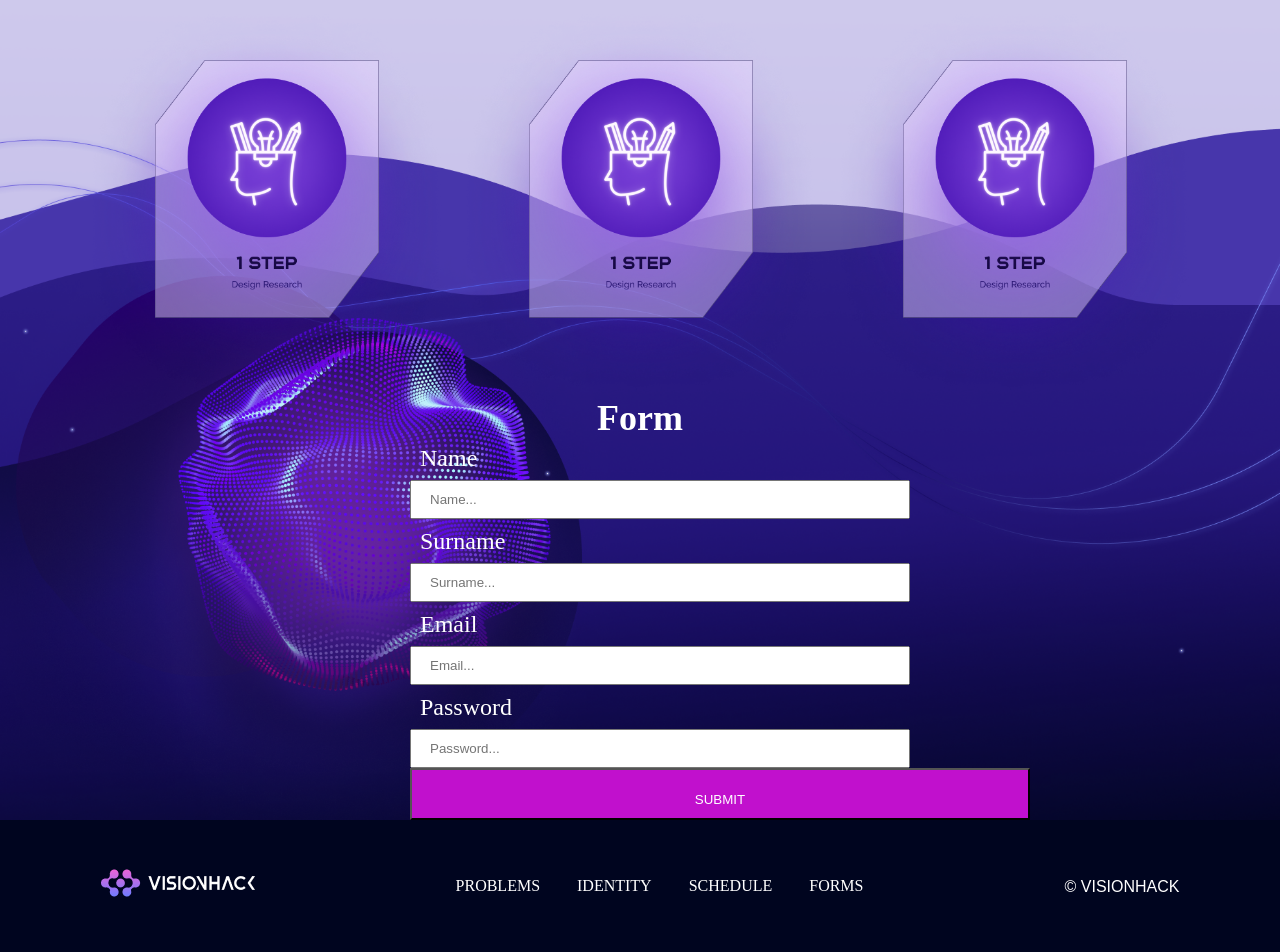
Repository: krmvz/VisionHack
Page: /
An editor plug-in stored every save of this project. The page is shown before and after the next save, followed by the edit.
The browser window is 1280 px wide. The pictures show the part of the page from y = 1615 to 2567 px (the page is 2567 px tall).
The project was rebuilt for these pictures with package versions that can differ from the ones it lists, and the page was loaded fresh each time.

Above is the page before, as saved 2024-05-30 12:13:24.

### src/index.jsx
import React from 'react';
import ReactDOM from 'react-dom/client';
// import './index.css';
import App from './App';
// import reportWebVitals from './reportWebVitals';

const root = ReactDOM.createRoot(document.getElementById('root'));
root.render(
  <React.StrictMode>
    <App />
  </React.StrictMode>
);

### src/App.jsx


import './App.scss';
import Footer from './components/Footer/footer';
import Header from './components/Header/header';
// import circle from './images/mainbgi.png';
// import mainPage from './../.history/src/pages/mainPage/mainPage_20240521145324';
import MainPage from './pages/mainPage/mainPage';

function App() {
  return (
    <div className="App">
      <Header/>
      <MainPage/>
      <Footer/>
    </div>
  );
}

export default App;

### src/App.scss
// Variables
$small-screen: 600px;
$medium-screen: 768px;
$large-screen: 1024px;
$extra-large-screen: 1200px;

// Base Styles
body {
  color: white;
  font-family: Arial, sans-serif;
  line-height: 1.6;
  margin: 0;
  padding: 0;
  box-sizing: border-box;
}

body{
  background-image: url('./images/1.png');
  background-size: cover; // Options: cover, contain, auto
  // background-position: center; // Options: top, bottom, left, right, center
  // background-repeat: no-repeat; // Options: no-repeat, repeat, repeat-x, repeat-y
  // background-attachment: fixed; // Options: scroll, fixed, local
  // background-blend-mode: overlay;
}
/* Basic Container Styling */
.container {
  max-width: 1200px; /* Maximum width for the container */
  margin: 0 auto;    /* Center the container horizontally */
  padding: 0 20px;   /* Add horizontal padding */
  box-sizing: border-box; /* Include padding and border in the element's total width and height */
}

/* Example for Responsive Design */
@media (max-width: 1200px) {
  .container {
    max-width: 100%;
    padding: 0 15px;
  }
}

@media (max-width: 768px) {
  .container {
    padding: 0 10px;
  }
}

@media (max-width: 480px) {
  .container {
    padding: 0 5px;
  }
}

### src/components/Footer/footer.jsx
import React from 'react'
import logo from '../../images/logo.png'
import './footer.scss';



const Footer = () => {
  return (
    <footer className='footer'>
      <div className="logo"><img src={logo} alt="logo Vision Hack" /></div>
      <div className="navbar">
        <a href="">PROBLEMS</a>
        <a href="">IDENTITY</a>
        <a href="">SCHEDULE</a>
        <a href="">FORMS</a>
      </div>
      <div className="copyright">
      © VISIONHACK
      </div>
    </footer>
  )
}

export default Footer;

### src/components/Header/header.jsx
import React from 'react';

import './header.scss';
import logo from '../../images/logo.png'

const Header = () => {
  return (
    <header className='header '>
      <div className="logo"><img src={logo} alt="logo Vision Hack" /></div>
      <div className="navbar">
        <a href="">PROBLEMS</a>
        <a href="">IDENTITY</a>
        <a href="#shedule">SCHEDULE</a>
        <a href="">FORMS</a>
      </div>
      <div className="logs">
        <button>LOG IN</button>
        <button>SIGN IN</button>
      </div>
    </header>
  )
}

export default Header;

### src/pages/mainPage/mainPage.jsx
import React from 'react';
import './mainPage.scss';
import Problems from '../../components/problems/problems';
import Schedule from '../../components/schedule/Schedule';
import Forms from '../../components/Form/Forms';

const MainPage = () => {
  return (
    <div className='mainPage'>
        <div className="content container">
            <div className="main_text">MAKE COMPUTER VISION AND ARTIFICIAL INTELLIGENCE SYSTEMS CLOSER TO STUDENTS</div>
            <div className="logs">
                <button className='login'>LOG IN</button>
                <a className='signin'>SIGN IN</a>
            </div>
        </div>
        <Problems />
        <Schedule/>
        <Forms/>
    </div>
  )
}

export default MainPage;

### src/components/Footer/footer.scss
// @import "~bootstrap/scss/bootstrap";


.footer{
    height: 132px;
    display: flex;
    align-items: center;
    justify-content: space-around;
    background-color: #00051F;
    .navbar{
        display: flex;
        // justify-content: space-around;
        gap: 37px;
        a{
            font-family: Raleway;
            font-size: 16px;
            font-weight: 500;
            line-height: 16px;
            text-align: left;
            text-decoration: none;
            color: white;

        }
    }
    .copyright{
        width: Fixed (134px)px;
        height: Fixed (30px)px;
        gap: 10px;
        opacity: 0px;

    }
}

### src/components/Header/header.scss
// @import "~bootstrap/scss/bootstrap";


.header{
    position: fixed;
    top: 0;
    width: 100%;
    background-color: #fff; /* Background color of your choice */
    box-shadow: 0 2px 4px rgba(0, 0, 0, 0.1); /* Optional shadow for better visibility */
    z-index: 1000;
    background-color: #000417;
    height: 132px;
    display: flex;
    align-items: center;
    justify-content: space-around;
    .navbar{
        display: flex;
        // justify-content: space-around;
        gap: 37px;
        a{
            font-family: Raleway;
            font-size: 16px;
            font-weight: 500;
            line-height: 16px;
            text-align: left;
            text-decoration: none;
            color: white;
            font-family: Raleway;
        }
    }
    .logs{
        width: Fixed (134px)px;
        height: Fixed (30px)px;
        gap: 10px;
        opacity: 0px;

    }
}

### src/pages/mainPage/mainPage.scss
.mainPage{
    padding-top: 150px;
    .content{
        display: flex;
        flex-direction: column;
        .main_text{
            font-family: 'Kursk205W00-Medium';
            font-size: 54px;
            font-weight: 500;
            line-height: 54px;
            text-align: left;
            color: white;
            word-wrap: break-word;
            width: 65%;
            padding-bottom: 40px;
            padding-top: 70px;
            font-weight: bold;
        }
        .logs{
            display: flex;
            flex-direction: row;
            align-items: center;
            gap: 50px;
            .login{
                width: Fixed (192px)px;
                height: Fixed (60px)px;
                padding: 10px;
                gap: 10px;
                opacity: 0px;
                background: #C110CD;
                color: white;
                border: none;
                box-shadow: 1px 1px 1px 1px #C110CD;
                cursor: pointer;
            }
            .signin{
                text-decoration: underline;
                cursor: pointer;
            }
        }
    }
}

### src/components/problems/problems.jsx
import React from 'react';
import './problems.scss'; // Importing the SCSS file
import img from '../../images/card1.png'

const Card = ({ image, text }) => {
  return (
    <div className="card">
      <img src={image} alt="Card image" className="card-image" />
      <div className="card-content">
        <p className="card-description">{text}</p>
      </div>
    </div>
  );
};

// import ll from '../../images/card1.png';

const cardData = [
  { image: 'https://st4.depositphotos.com/1025323/27408/i/450/depositphotos_274081664-stock-photo-energy-of-abstract-landscape.jpg', text: 'Automatic class attendance' },
  { image: 'https://images.unsplash.com/photo-1543373014-cfe4f4bc1cdf?q=80&w=1000&auto=format&fit=crop&ixlib=rb-4.0.3&ixid=M3wxMjA3fDB8MHxzZWFyY2h8MTJ8fG9zY3Vyb3xlbnwwfHwwfHx8MA%3D%3D', text: 'Food recognition for cafeteria and dining hall' },
  { image: 'https://images.pexels.com/photos/674010/pexels-photo-674010.jpeg?auto=compress&cs=tinysrgb&dpr=1&w=500', text: 'Pathology detection by photo of ECG' },
  { image: 'https://img.freepik.com/free-photo/painting-mountain-lake-with-mountain-background_188544-9126.jpg', text: 'Automatic gate for cars with license plate number recognition' },
  { image: 'https://images.ctfassets.net/hrltx12pl8hq/3Z1N8LpxtXNQhBD5EnIg8X/975e2497dc598bb64fde390592ae1133/spring-images-min.jpg', text: 'Handwritten text recognition' },
  { image: 'https://img.freepik.com/free-photo/abstract-autumn-beauty-multi-colored-leaf-vein-pattern-generated-by-ai_188544-9871.jpg?size=626&ext=jpg&ga=GA1.1.2082370165.1716336000&semt=ais_user', text: 'Automatic traffic light based on computer vision' },
];

const Problems = () => {
  return (
    <div className="problems container">
      <h2>PROBLEMS</h2>
      <div className="cards">
        {cardData.map((card, index) => (
          <Card key={index} image={card.image} text={card.text} />
        ))}
      </div>
    </div>
  );
};

export default Problems;

### src/components/schedule/Schedule.jsx
import React from 'react'
import './Schedule.scss';
import step1 from '../../images/step1.png'


const Schedule = () => {
  return (
    <div id='schedule' className='schedule container'>
      <div className="topic_schedule">Schedule</div>
      <div className="steps">
        <img src={step1} alt="first step" />
        <img src={step1} alt="first step" />
        <img src={step1} alt="first step" />
      </div>
    </div>
  )
}

export default Schedule;

### src/components/Form/Forms.jsx
// import React from 'react'
import React, { useState } from 'react';
import './Forms.scss';

const Forms = () => {
    const [formData, setFormData] = useState({
        name: '',
        surname: '',
        email: '',
        password: ''
      });

      const handleChange = (e) => {
        const { name, value } = e.target;
        setFormData({
          ...formData,
          [name]: value
        });
      };

      const handleSubmit = (e) => {
        e.preventDefault();
        console.log(formData);
        // You can add further submission logic here
      };
  return (
    <div className='forms container'>
      <div className="title">Form</div>
      <div className="forms">
        <form onSubmit={handleSubmit}>
            <div>
            <label htmlFor="name">Name</label>
            <input
                placeholder='Name...'
                type="text"
                id="name"
                name="name"
                value={formData.name}
                onChange={handleChange}
            />
            </div>
            <div>
            <label htmlFor="surname">Surname</label>
            <input
                type="text"
                placeholder='Surname...'
                id="surname"
                name="surname"
                value={formData.surname}
                onChange={handleChange}
            />
            </div>
            <div>
            <label htmlFor="email">Email</label>
            <input
                placeholder='Email...'
                type="email"
                id="email"
                name="email"
                value={formData.email}
                onChange={handleChange}
            />
            </div>
            <div>
            <label htmlFor="password">Password</label>
            <input
                placeholder='Password...'
                type="password"
                id="password"
                name="password"
                value={formData.password}
                onChange={handleChange}
            />
            </div>
            <button type="submit">SUBMIT</button>
        </form>
      </div>
    </div>
  )
}

export default Forms;

### src/components/problems/problems.scss
// src/App.scss

.problems {
  margin-top: 125px;
  padding: 18px;
  text-align: center;
  color: black;
  }

  .cards {
    cursor: pointer;
    display: flex;
    flex-wrap: wrap;
    justify-content: center;
  }

  .card {

    flex: 0 1 calc(33.333% - 20px); // Ensure three cards per row
    margin: 10px;
    // border-radius: 10px;
    box-shadow: 0 4px 8px rgba(0, 0, 0, 0.1);
    overflow: hidden;
    background-color: #D7C2F8;

    .card-image {
      width: 100%;
      height: 300px; // Set a fixed height for all images
      object-fit: cover; // Ensure images maintain aspect ratio and cover entire container
    }

    .card-content {
        // background-color: #C699FF;
      padding-left: 15px;
      .card-description {
        font-family: Raleway;
        font-size: 22px;
        font-weight: 700;
        line-height: 22px;
        text-align: left;
        color: #0A0035;

      }
    }
  }

### src/components/schedule/Schedule.scss
.schedule{
    display: flex;
    flex-direction: column ;
    justify-content: center;
    align-items: center;
    // background-image: url('');
    .topic_schedule{
        color: black;
        font-family: 'Kursk205W00-Medium';
        font-size: 34px;
        font-weight: 500;
        font-weight: bold;
        line-height: 34px;
        text-align: left;
    }
    .steps{
        display: flex;
        flex-direction: row;
        img{
            height: 400px;
            cursor: pointer;
        }
    }
}

### src/components/Form/Forms.scss
.forms{
    width: 500px;
    display: flex;
    flex-direction: column;
    justify-content: right;
    // align-items: center;

    .title{
        display: flex;
        justify-content: center;
        font-family: 'Kursk205W00-Medium';
        font-size: 36px;
        font-weight: 500;
        line-height: 36px;
        text-align: left;
        font-weight: bold;
    }
    .forms{
        form{
            div{
                display: flex;
                flex-direction: column;
                label{
                    font-family: Raleway;
                    font-size: 24px;
                    font-weight: 500;
                    line-height: 24px;
                    text-align: left;
                    padding: 10px;
                }
                input{
                    width: Fixed (620px)px;
                    height: Fixed (52px)px;
                    padding: 10px 18px 10px 18px;
                    gap: 10px;
                    border: 1px 0px 0px 0px;
                    opacity: 0px;
                }
            }
            button{
                color: white;
                background-color: #C110CD;
                width: 620px;
                height: 52px;
                padding: 10px 0px 0px 0px;
                gap: 10px;
                opacity: 0px;
                cursor: pointer;

            }
        }
    }
}

After the next save:
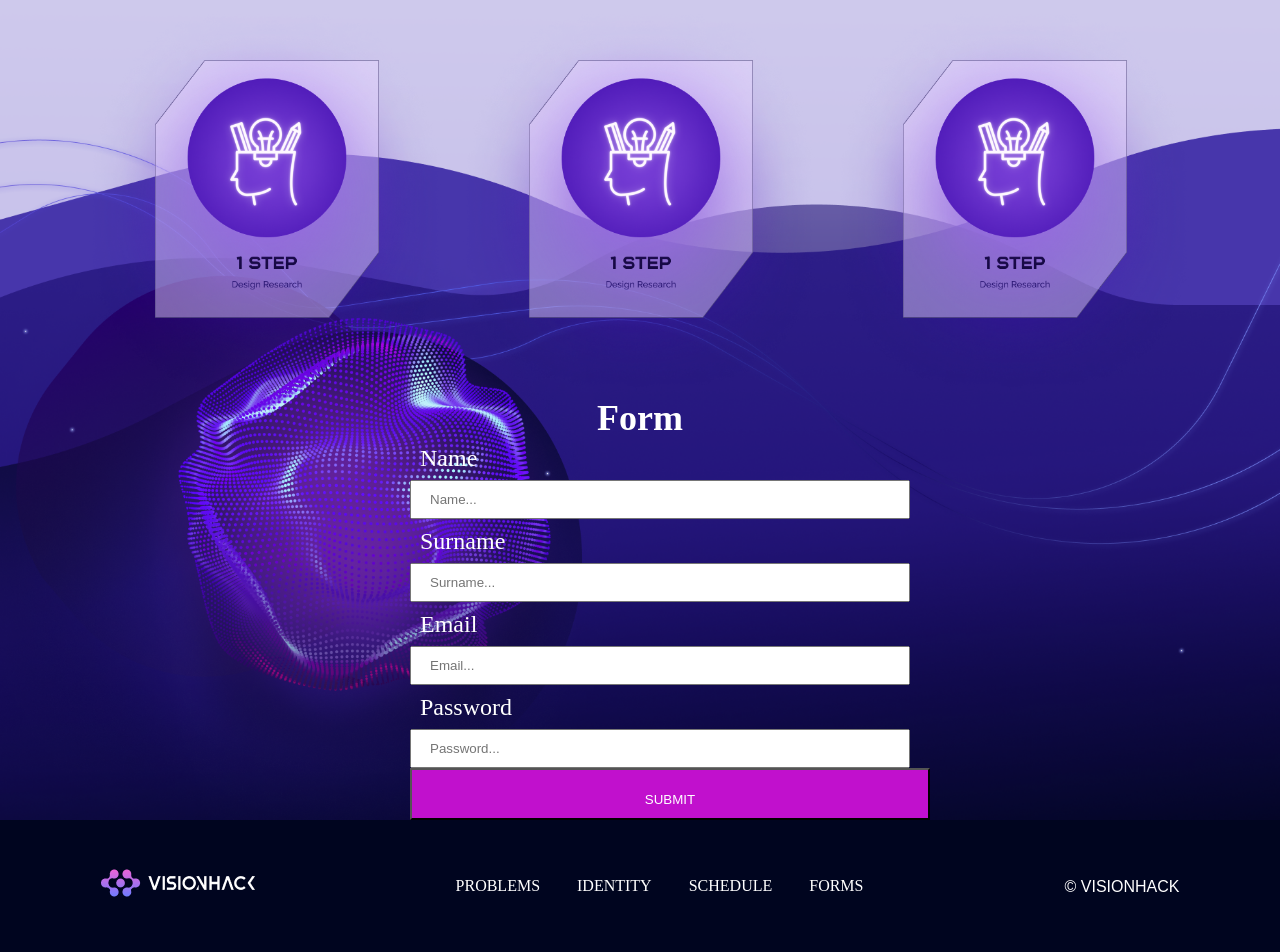
Saved 14 s later.
--- a/src/components/Form/Forms.scss
+++ b/src/components/Form/Forms.scss
@@ -40,7 +40,7 @@
             button{
                 color: white;
                 background-color: #C110CD;
-                width: 620px;
+                width: 520px;
                 height: 52px;
                 padding: 10px 0px 0px 0px;
                 gap: 10px;
